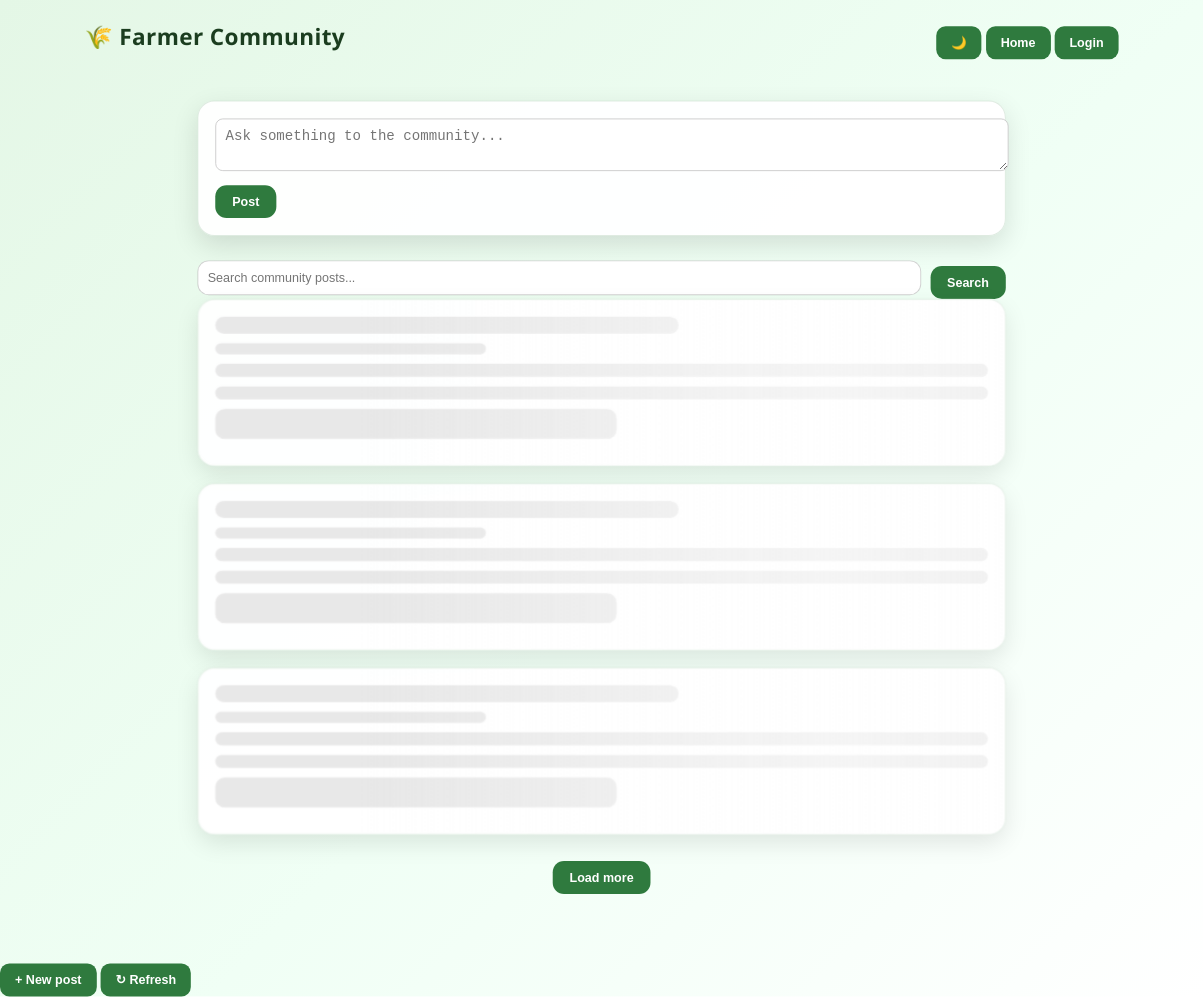
Repository: Desterhub/Agrogyanchatgpt
Page: agrogyan-gpt-main/frontend/community.html
These files come from the project's save history. The page is drawn as it stood at one moment and after the next save; the edit follows.
The browser window is 1280 px wide. The pictures show the whole page, at 94% of full size.
The page's requests for data from a server got no answer.

Above is the page before, as saved 2026-03-11 23:50:11.

### agrogyan-gpt-main/frontend/community.html
<!DOCTYPE html>
<html lang="en">
<head>
    <meta charset="UTF-8">
    <title>Farmer Community</title>
    <link rel="stylesheet" href="style.css">
    <style>
        /* Community page tweaks (extends base styles in style.css) */
        .community-container {
            max-width: 860px;
            margin: 26px auto 64px;
            padding: 0 16px;
        }

        .post-box {
            transition: transform 0.2s ease, box-shadow 0.2s ease;
        }

        .post-box:hover {
            transform: translateY(-2px);
            box-shadow: 0 10px 28px rgba(0, 0, 0, 0.14);
        }

        .post-card {
            background: rgba(255, 255, 255, 0.95);
            padding: 18px;
            border-radius: 18px;
            margin-bottom: 18px;
            box-shadow: 0 10px 26px rgba(0, 0, 0, 0.1);
            border: 1px solid rgba(47, 122, 62, 0.12);
            transition: transform 0.2s ease, box-shadow 0.2s ease, opacity 0.2s ease;
            opacity: 0;
            animation: fadeInUp 0.34s forwards;
        }

        .post-card:hover {
            transform: translateY(-3px);
            box-shadow: 0 14px 34px rgba(0, 0, 0, 0.15);
        }

        .post-header {
            display: flex;
            justify-content: space-between;
            align-items: flex-start;
            gap: 14px;
        }

        .post-meta {
            font-size: 13px;
            color: #536e55;
            white-space: nowrap;
        }

        .post-actions {
            display: flex;
            gap: 10px;
            flex-wrap: wrap;
            margin-top: 16px;
        }

        .post-actions button {
            background: rgba(47, 122, 62, 0.1);
            border: 1px solid rgba(47, 122, 62, 0.25);
            color: #2f7a3e;
            padding: 8px 14px;
            border-radius: 12px;
            cursor: pointer;
            transition: background 0.2s ease, transform 0.2s ease;
        }

        .post-actions button:hover {
            background: rgba(47, 122, 62, 0.18);
            transform: translateY(-1px);
        }

        .comment {
            background: rgba(47, 122, 62, 0.08);
            border: 1px solid rgba(47, 122, 62, 0.12);
            padding: 10px 12px;
            border-radius: 12px;
            margin-top: 10px;
        }

        /* loading skeleton */
        .skeleton {
            position: relative;
            overflow: hidden;
            opacity: 0.9;
        }

        .skeleton::after {
            content: "";
            position: absolute;
            top: 0;
            left: -120%;
            width: 120%;
            height: 100%;
            background: linear-gradient(90deg, transparent, rgba(255, 255, 255, 0.6), transparent);
            animation: shimmer 1.3s infinite;
        }

        .skeleton-line {
            background: rgba(230, 230, 230, 0.9);
            border-radius: 10px;
            height: 14px;
            margin-bottom: 10px;
        }

        .skeleton-title {
            width: 60%;
            height: 18px;
        }

        .skeleton-meta {
            width: 35%;
            height: 12px;
        }

        .skeleton-text {
            width: 100%;
        }

        .skeleton-action {
            width: 52%;
            height: 32px;
        }

        @keyframes shimmer {
            from {
                transform: translateX(-120%);
            }
            to {
                transform: translateX(120%);
            }
        }

        @keyframes fadeInUp {
            from {
                opacity: 0;
                transform: translateY(12px);
            }
            to {
                opacity: 1;
                transform: translateY(0);
            }
        }

        @media (max-width: 640px) {
            .top-bar {
                flex-wrap: wrap;
                gap: 10px;
                justify-content: center;
            }

            .top-actions {
                width: 100%;
                justify-content: center;
            }

            .community-container {
                padding: 0 14px;
            }

            .post-card {
                padding: 14px;
            }

            .post-actions {
                flex-direction: column;
                align-items: stretch;
            }

            .post-actions button {
                width: 100%;
            }
        }
    </style>
</head>

<body>

<header class="top-bar">
    <div class="brand-left">
        🌾 Farmer Community
        <div id="welcomeUser" class="welcome-text"></div>
    </div>

    <div class="top-actions">
        <button id="themeButton" class="nav-btn" onclick="toggleTheme()">🌙</button>
        <button class="nav-btn" onclick="goHome()">Home</button>
        <button id="authButton" class="nav-btn"></button>
    </div>
</header>

<main class="community-container">
    <section class="post-box">
        <textarea id="postContent" placeholder="Ask something to the community..."></textarea>
        <button class="primary-btn" onclick="createPost()">Post</button>
    </section>

    <section class="search-bar" style="margin-top: 16px; display: flex; gap: 10px; flex-wrap: wrap; align-items: center;">
        <input id="postSearch" placeholder="Search community posts..." style="flex:1; padding:10px; border-radius:12px; border:1px solid rgba(0,0,0,0.18);" />
        <button class="primary-btn" onclick="searchPosts()">Search</button>
    </section>

    <div id="postsContainer"></div>

    <div id="loadMoreWrapper" style="text-align:center; margin-top: 18px;">
        <button id="loadMoreBtn" class="primary-btn" onclick="loadMorePosts()">Load more</button>
    </div>
</main>

<div class="mobile-actions">
    <button class="nav-btn" onclick="createPost()">+ New post</button>
    <button class="nav-btn" onclick="loadPosts({ reset: true })">↻ Refresh</button>
</div>

<script>
const API = "http://127.0.0.1:8000";

function getStoredReactions(postId) {
    try {
        const raw = localStorage.getItem(`reactions_${postId}`);
        return raw ? JSON.parse(raw) : {};
    } catch {
        return {};
    }
}

function setStoredReactions(postId, reactions) {
    localStorage.setItem(`reactions_${postId}`, JSON.stringify(reactions));
}

function getReactionCount(postId, emoji) {
    const reactions = getStoredReactions(postId);
    return reactions[emoji] || 0;
}

function addReaction(postId, emoji) {
    const reactions = getStoredReactions(postId);
    reactions[emoji] = (reactions[emoji] || 0) + 1;
    setStoredReactions(postId, reactions);
    loadPosts();
}

function showLoadingSkeleton(count = 3) {
    const container = document.getElementById("postsContainer");
    container.innerHTML = "";

    for (let i = 0; i < count; i++) {
        const card = document.createElement("div");
        card.className = "post-card skeleton";
        card.innerHTML = `
            <div class="skeleton-line skeleton-title"></div>
            <div class="skeleton-line skeleton-meta"></div>
            <div class="skeleton-line skeleton-text"></div>
            <div class="skeleton-line skeleton-text"></div>
            <div class="skeleton-line skeleton-action"></div>
        `;
        container.appendChild(card);
    }
}

function scrollToLatestPost() {
    const container = document.getElementById("postsContainer");
    const last = container.lastElementChild;
    if (last) {
        last.scrollIntoView({ behavior: "smooth", block: "start" });
    }
}

async function createPost() {
    const content = document.getElementById("postContent").value.trim();
    if (!content) {
        alert("Write something first");
        return;
    }

    await fetch(API + "/community/create-post", {
        method: "POST",
        headers: { "Content-Type": "application/json" },
        body: JSON.stringify({ content, user_id: 1 })
    });

    document.getElementById("postContent").value = "";
    await loadPosts();
    scrollToLatestPost();
}

async function loadPosts() {
    showLoadingSkeleton();

    const res = await fetch(API + "/community/posts");
    const posts = await res.json();

    const container = document.getElementById("postsContainer");
    container.innerHTML = "";

    for (const post of posts) {
        const commentRes = await fetch(API + "/community/comments/" + post.id);
        const comments = await commentRes.json();

        const postDiv = document.createElement("div");
        postDiv.className = "post-card";

        const reactionButtons = ["❤️", "😂", "😮", "😢", "😡"].map((emoji) => {
            return `<button onclick="addReaction(${post.id}, '${emoji}')">${emoji} ${getReactionCount(post.id, emoji)}</button>`;
        }).join("");

        postDiv.innerHTML = `
            <div class="post-header">
                <div class="post-content">${post.content}</div>
                <div class="post-meta">${new Date(post.timestamp).toLocaleString()}</div>
            </div>

            <div class="post-actions">
                <button onclick="likePost(${post.id})">👍 ${post.likes || 0}</button>
                <button onclick="dislikePost(${post.id})">👎 ${post.dislikes || 0}</button>
                ${reactionButtons}
            </div>

            <div class="comment" style="margin-top: 14px;">
                <input type="text" id="comment-${post.id}" placeholder="Write reply" />
                <button class="primary-btn" style="margin-top: 10px;" onclick="addComment(${post.id})">Reply</button>
            </div>

            <div id="comments-${post.id}">
                ${comments.map(c => `<div class="comment">${c.text}</div>`).join("")}
            </div>
        `;

        container.appendChild(postDiv);
    }
}

async function likePost(id) {
    await fetch(API + "/community/like/" + id, { method: "POST" });
    loadPosts();
}

async function dislikePost(id) {
    await fetch(API + "/community/dislike/" + id, { method: "POST" });
    loadPosts();
}

async function addComment(id) {
    const text = document.getElementById("comment-" + id).value.trim();
    if (!text) return;

    await fetch(API + "/community/comment", {
        method: "POST",
        headers: { "Content-Type": "application/json" },
        body: JSON.stringify({ post_id: id, text })
    });

    loadPosts();
    scrollToLatestPost();
}

function updateAuthButtons() {
    const user = localStorage.getItem("user");
    const authButton = document.getElementById("authButton");
    const welcomeUser = document.getElementById("welcomeUser");

    if (user) {
        welcomeUser.innerText = "Hi " + user;
        authButton.innerText = "Logout";
        authButton.onclick = () => {
            localStorage.removeItem("user");
            window.location.href = "login.html";
        };
    } else {
        welcomeUser.innerText = "";
        authButton.innerText = "Login";
        authButton.onclick = () => {
            window.location.href = "login.html";
        };
    }
}

function goHome() {
    window.location.href = "index.html";
}

updateAuthButtons();
loadPosts();
</script>

</body>
</html>

Loaded but not shown: agrogyan-gpt-main/frontend/style.css (407 lines, source omitted)

After the next save:
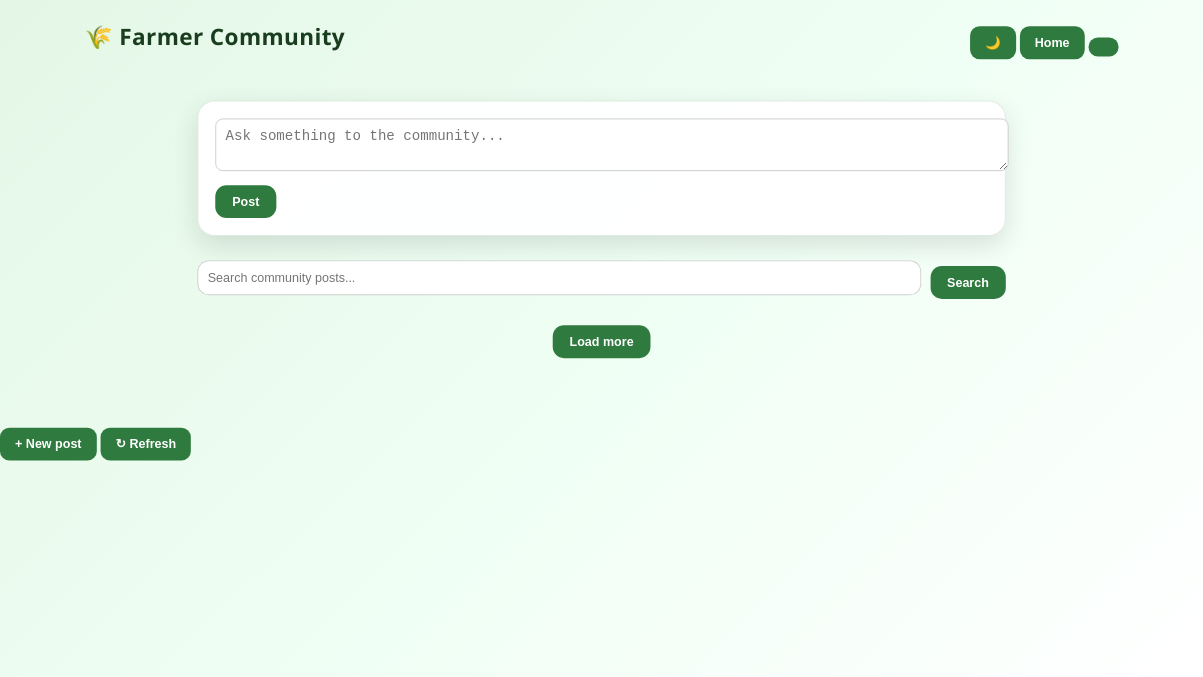
Console error: SyntaxError: Identifier 'API' has already been declared
Saved 101 s later.
--- a/agrogyan-gpt-main/frontend/community.html
+++ b/agrogyan-gpt-main/frontend/community.html
@@ -218,29 +218,25 @@
 <script>
 const API = "http://127.0.0.1:8000";
 
-function getStoredReactions(postId) {
-    try {
-        const raw = localStorage.getItem(`reactions_${postId}`);
-        return raw ? JSON.parse(raw) : {};
-    } catch {
-        return {};
-    }
-}
-
-function setStoredReactions(postId, reactions) {
-    localStorage.setItem(`reactions_${postId}`, JSON.stringify(reactions));
-}
-
-function getReactionCount(postId, emoji) {
-    const reactions = getStoredReactions(postId);
-    return reactions[emoji] || 0;
-}
-
-function addReaction(postId, emoji) {
-    const reactions = getStoredReactions(postId);
-    reactions[emoji] = (reactions[emoji] || 0) + 1;
-    setStoredReactions(postId, reactions);
-    loadPosts();
+const API = "http://127.0.0.1:8000";
+const PAGE_SIZE = 6;
+
+let postOffset = 0;
+let currentSearch = "";
+let currentUserId = null;
+
+function setTheme(theme) {
+    document.body.classList.toggle("dark-mode", theme === "dark");
+    localStorage.setItem("theme", theme);
+    const themeButton = document.getElementById("themeButton");
+    if (themeButton) {
+        themeButton.innerText = theme === "dark" ? "☀️" : "🌙";
+    }
+}
+
+function toggleTheme() {
+    const active = document.body.classList.contains("dark-mode") ? "dark" : "light";
+    setTheme(active === "dark" ? "light" : "dark");
 }
 
 function showLoadingSkeleton(count = 3) {
@@ -279,22 +275,41 @@ async function createPost() {
     await fetch(API + "/community/create-post", {
         method: "POST",
         headers: { "Content-Type": "application/json" },
-        body: JSON.stringify({ content, user_id: 1 })
+        body: JSON.stringify({ content, user_id: currentUserId || 1 })
     });
 
     document.getElementById("postContent").value = "";
-    await loadPosts();
+    await loadPosts({ reset: true });
     scrollToLatestPost();
 }
 
-async function loadPosts() {
+async function loadPosts({ reset = true } = {}) {
+    if (reset) {
+        postOffset = 0;
+    }
+
+    const container = document.getElementById("postsContainer");
+
+    if (reset) {
+        container.innerHTML = "";
+    }
+
     showLoadingSkeleton();
 
-    const res = await fetch(API + "/community/posts");
+    const params = new URLSearchParams({
+        limit: PAGE_SIZE.toString(),
+        offset: postOffset.toString()
+    });
+    if (currentSearch) {
+        params.set("search", currentSearch);
+    }
+
+    const res = await fetch(API + "/community/posts?" + params.toString());
     const posts = await res.json();
 
-    const container = document.getElementById("postsContainer");
-    container.innerHTML = "";
+    if (reset) {
+        container.innerHTML = "";
+    }
 
     for (const post of posts) {
         const commentRes = await fetch(API + "/community/comments/" + post.id);
@@ -304,8 +319,15 @@ async function loadPosts() {
         postDiv.className = "post-card";
 
         const reactionButtons = ["❤️", "😂", "😮", "😢", "😡"].map((emoji) => {
-            return `<button onclick="addReaction(${post.id}, '${emoji}')">${emoji} ${getReactionCount(post.id, emoji)}</button>`;
+            const count = (post.reactions && post.reactions[emoji]) || 0;
+            return `<button onclick="addReaction(${post.id}, '${emoji}')">${emoji} ${count}</button>`;
         }).join("");
+
+        const isOwner = post.user_id && currentUserId && String(post.user_id) === String(currentUserId);
+        const ownerActions = isOwner ? `
+            <button onclick="editPost(${post.id}, '${encodeURIComponent(post.content)}')">✏️</button>
+            <button onclick="deletePost(${post.id})">🗑️</button>
+        ` : "";
 
         postDiv.innerHTML = `
             <div class="post-header">
@@ -317,6 +339,7 @@ async function loadPosts() {
                 <button onclick="likePost(${post.id})">👍 ${post.likes || 0}</button>
                 <button onclick="dislikePost(${post.id})">👎 ${post.dislikes || 0}</button>
                 ${reactionButtons}
+                ${ownerActions}
             </div>
 
             <div class="comment" style="margin-top: 14px;">
@@ -331,16 +354,41 @@ async function loadPosts() {
 
         container.appendChild(postDiv);
     }
+
+    const loadMoreBtn = document.getElementById("loadMoreBtn");
+    if (loadMoreBtn) {
+        loadMoreBtn.style.display = posts.length < PAGE_SIZE ? "none" : "inline-block";
+    }
+}
+
+async function loadMorePosts() {
+    postOffset += PAGE_SIZE;
+    await loadPosts({ reset: false });
+}
+
+async function searchPosts() {
+    currentSearch = document.getElementById("postSearch").value.trim();
+    await loadPosts({ reset: true });
+}
+
+async function addReaction(postId, emoji) {
+    await fetch(API + "/community/react", {
+        method: "POST",
+        headers: { "Content-Type": "application/json" },
+        body: JSON.stringify({ post_id: postId, emoji })
+    });
+
+    loadPosts({ reset: false });
 }
 
 async function likePost(id) {
     await fetch(API + "/community/like/" + id, { method: "POST" });
-    loadPosts();
+    loadPosts({ reset: false });
 }
 
 async function dislikePost(id) {
     await fetch(API + "/community/dislike/" + id, { method: "POST" });
-    loadPosts();
+    loadPosts({ reset: false });
 }
 
 async function addComment(id) {
@@ -353,12 +401,40 @@ async function addComment(id) {
         body: JSON.stringify({ post_id: id, text })
     });
 
-    loadPosts();
+    loadPosts({ reset: false });
     scrollToLatestPost();
+}
+
+async function editPost(postId, encodedContent) {
+    const current = decodeURIComponent(encodedContent);
+    const updated = prompt("Edit your post:", current);
+    if (updated === null || updated.trim() === "") return;
+
+    await fetch(API + "/community/post", {
+        method: "PUT",
+        headers: { "Content-Type": "application/json" },
+        body: JSON.stringify({ post_id: postId, user_id: currentUserId, content: updated })
+    });
+
+    loadPosts({ reset: true });
+}
+
+async function deletePost(postId) {
+    if (!confirm("Delete this post?")) return;
+
+    await fetch(API + "/community/post", {
+        method: "DELETE",
+        headers: { "Content-Type": "application/json" },
+        body: JSON.stringify({ post_id: postId, user_id: currentUserId })
+    });
+
+    loadPosts({ reset: true });
 }
 
 function updateAuthButtons() {
     const user = localStorage.getItem("user");
+    currentUserId = localStorage.getItem("userId");
+
     const authButton = document.getElementById("authButton");
     const welcomeUser = document.getElementById("welcomeUser");
 
@@ -367,6 +443,7 @@ function updateAuthButtons() {
         authButton.innerText = "Logout";
         authButton.onclick = () => {
             localStorage.removeItem("user");
+            localStorage.removeItem("userId");
             window.location.href = "login.html";
         };
     } else {
@@ -382,8 +459,10 @@ function goHome() {
     window.location.href = "index.html";
 }
 
+// Initialize page
+setTheme(localStorage.getItem("theme") || "light");
 updateAuthButtons();
-loadPosts();
+loadPosts({ reset: true });
 </script>
 
 </body>
